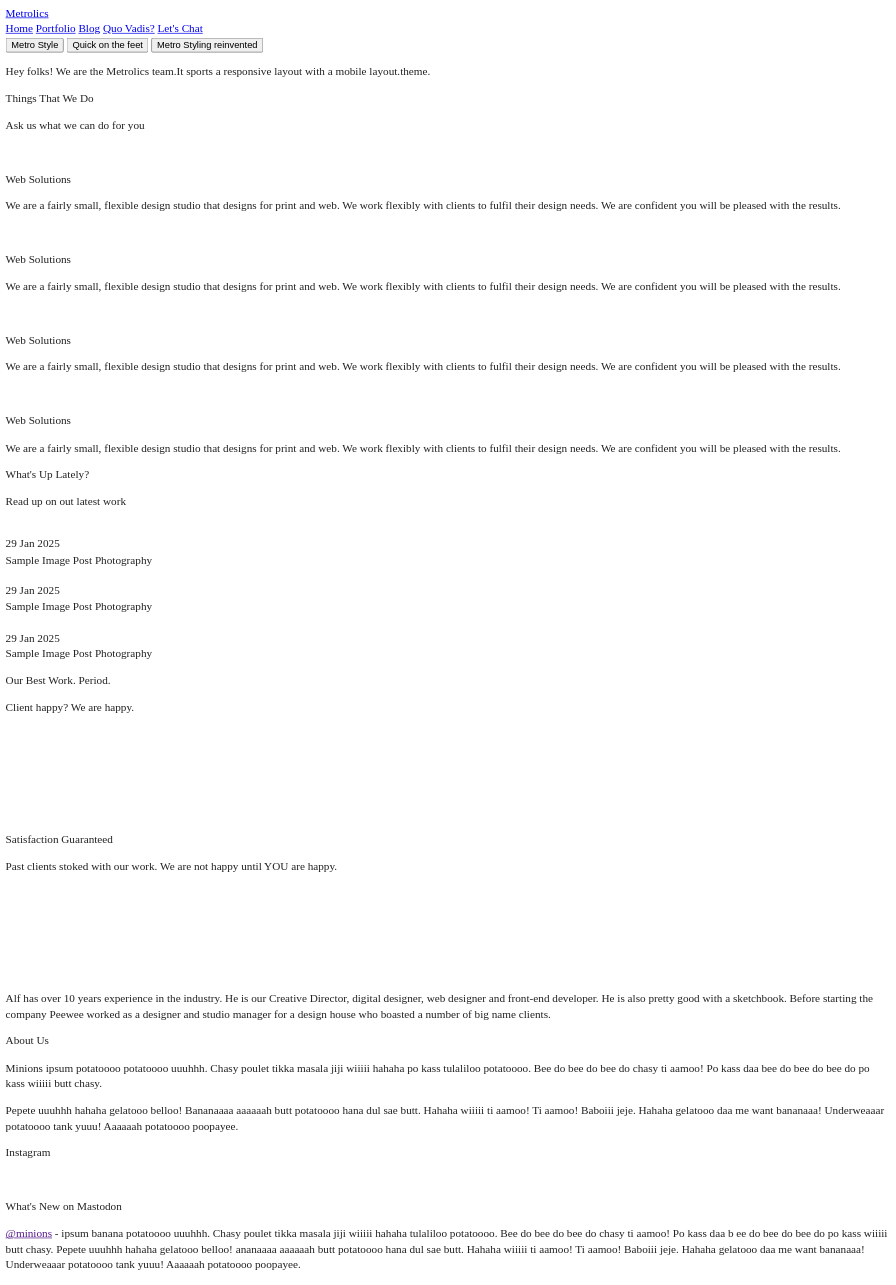
Repository: Angehyy/wk02_site
Page: index.html
An editor plug-in stored every save of this project. The page is shown before and after a run of saves, followed by the edit.
The browser window is 1280 px wide. The pictures show the whole page, at 70% of full size.

Above is the page before, as saved 2025-01-20 00:46:41.

After the next 2 saves:
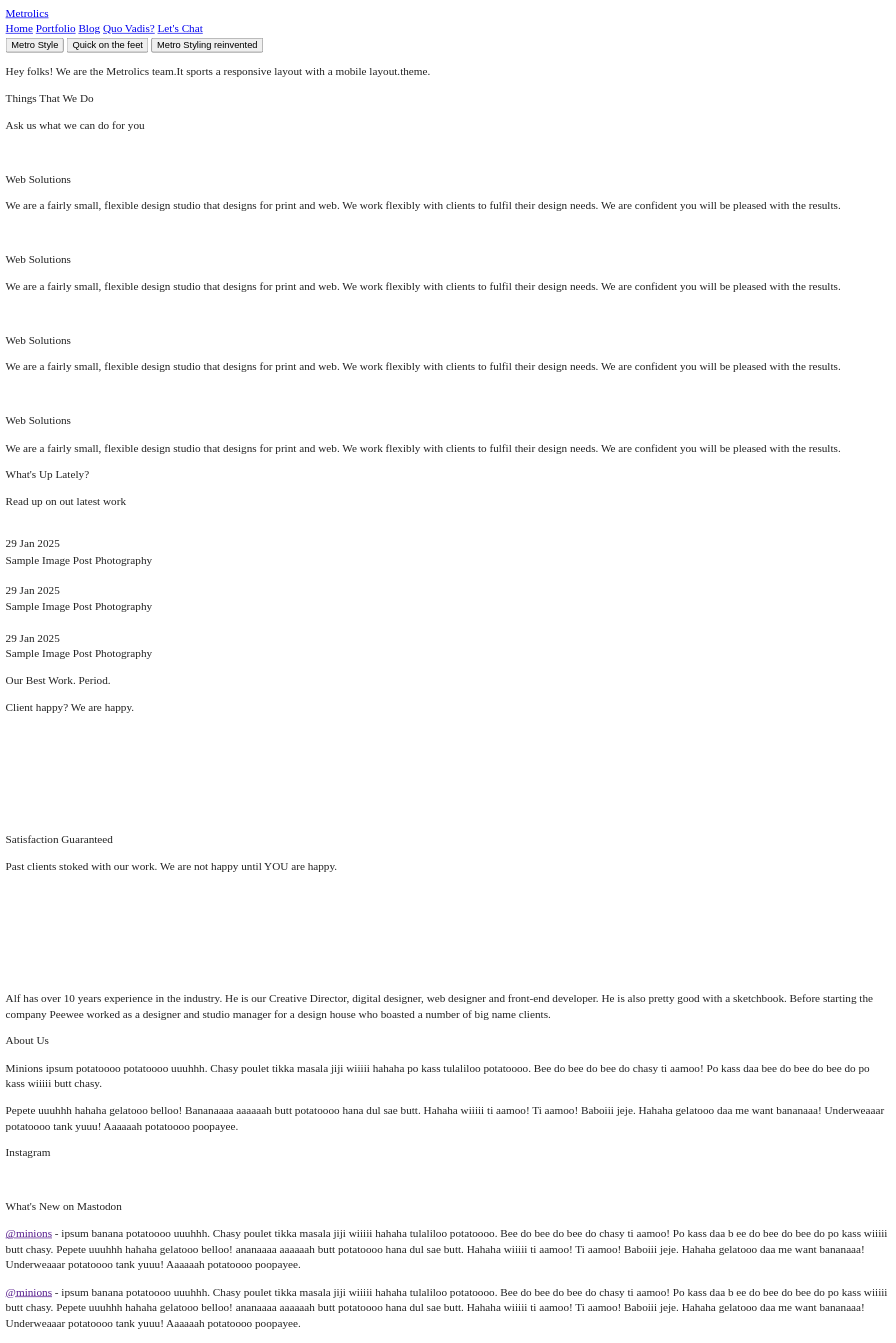
The 2 saves are shown as one change because they came seconds apart.
The last was saved 17 s later.
--- a/index.html
+++ b/index.html
@@ -208,6 +208,7 @@
     <div>
       <p>What's New on Mastodon</p>
       <p><a href="">@minions</a> - ipsum banana potatoooo uuuhhh. Chasy poulet tikka masala jiji wiiiii hahaha tulaliloo potatoooo. Bee do bee do bee do chasy ti aamoo! Po kass daa b ee do bee do bee do po kass wiiiii butt chasy. Pepete uuuhhh hahaha gelatooo belloo! ananaaaa aaaaaah butt potatoooo hana dul sae butt. Hahaha wiiiii ti aamoo! Ti aamoo! Baboiii jeje. Hahaha gelatooo daa me want bananaaa! Underweaaar potatoooo tank yuuu! Aaaaaah potatoooo poopayee. </p>
+      <p><a href="">@minions</a> - ipsum banana potatoooo uuuhhh. Chasy poulet tikka masala jiji wiiiii hahaha tulaliloo potatoooo. Bee do bee do bee do chasy ti aamoo! Po kass daa b ee do bee do bee do po kass wiiiii butt chasy. Pepete uuuhhh hahaha gelatooo belloo! ananaaaa aaaaaah butt potatoooo hana dul sae butt. Hahaha wiiiii ti aamoo! Ti aamoo! Baboiii jeje. Hahaha gelatooo daa me want bananaaa! Underweaaar potatoooo tank yuuu! Aaaaaah potatoooo poopayee. </p>
     </div>
 
   </footer>
